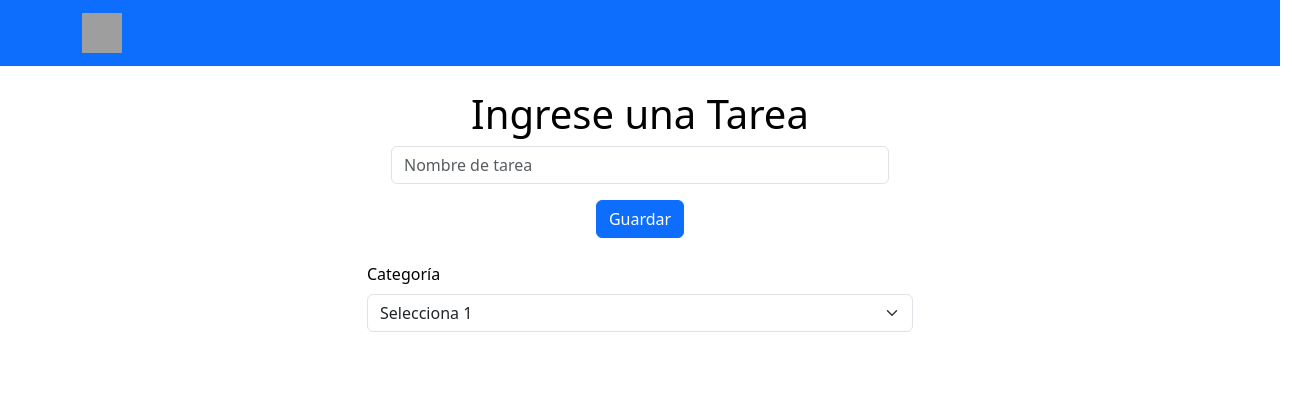
Repository: mgarrido0gb/registroTareas
Page: http://localhost/Tareas/Home
The author's editor kept a copy of each file at every save. The page is drawn from the files as they stood at one save, then again after the next save.
The browser window is 1280 px wide. The page is 1292 px wide, so the pictures cover 1292 px, including what lies to the right of the window. The pictures show the whole page.
Pictures or frames that could not be fetched are drawn as grey boxes. The page is served by Tomcat 10. Queries for data that is not in the repository find no rows.

Above is the page before, as saved 2024-05-21 20:37:56.

After the next save:
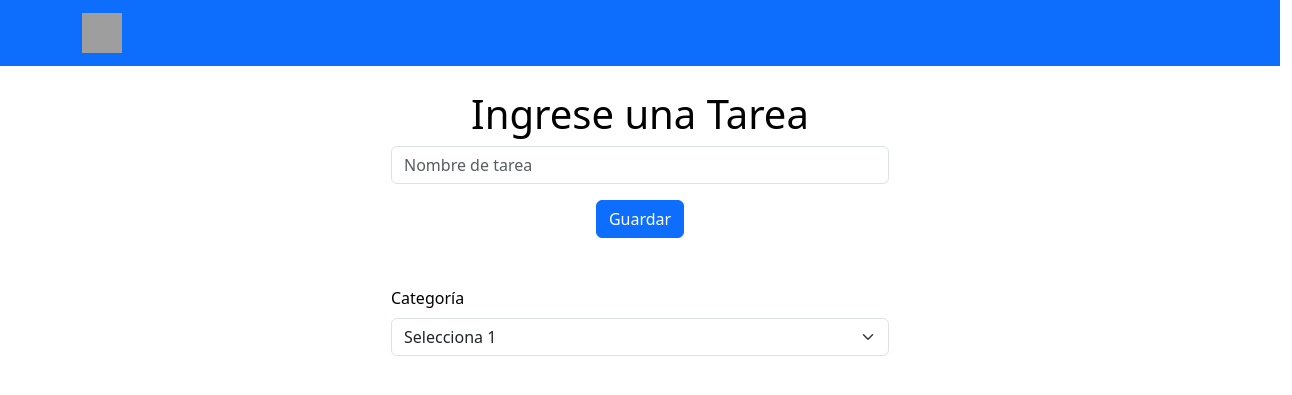
Saved 34 s later.
--- a/Tareas/src/main/webapp/WEB-INF/home.jsp
+++ b/Tareas/src/main/webapp/WEB-INF/home.jsp
@@ -54,7 +54,7 @@
                         	<input type="submit" value="Guardar" class="btn btn-primary" onclick="mensaje()">
                     	</div>
                 	</div>
-                	<div class="mb-3">
+                	<div class="p-4">
               			<label for="exampleInputPassword1" class="form-label">Categoría</label>
               			<select class="form-select" name="categoria_id" required>
                 			<option selected value>Selecciona 1</option>
